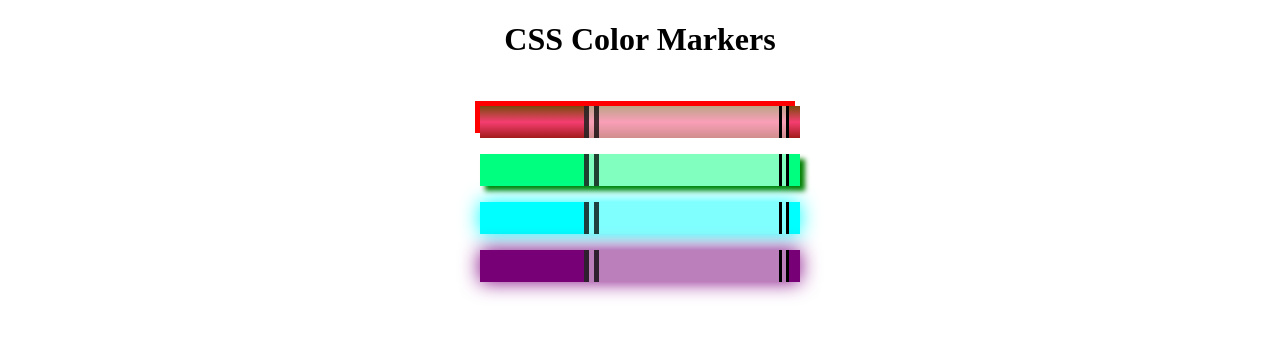
Repository: Lungdjos/color_markers
Page: index.html
The author's editor kept a copy of each file at every save. The page is drawn from the files as they stood at one save, then again after the next save.
The browser window is 1280 px wide. The pictures show the whole page.

Above is the page before, as saved 2023-09-28 11:46:15.

After the next save:
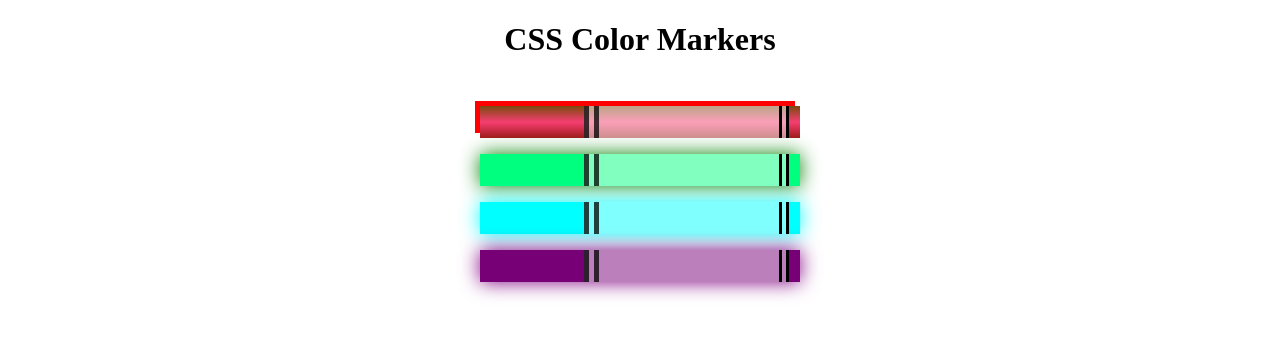
Saved 6 s later.
--- a/styles.css
+++ b/styles.css
@@ -18,7 +18,7 @@ h1 {
 
 .green {
     background-color: rgb(0, 255, 127);
-    box-shadow: 5px 5px 5px green;
+    box-shadow: 0 0 20px 0px green;
 }
 
 .cyan {
